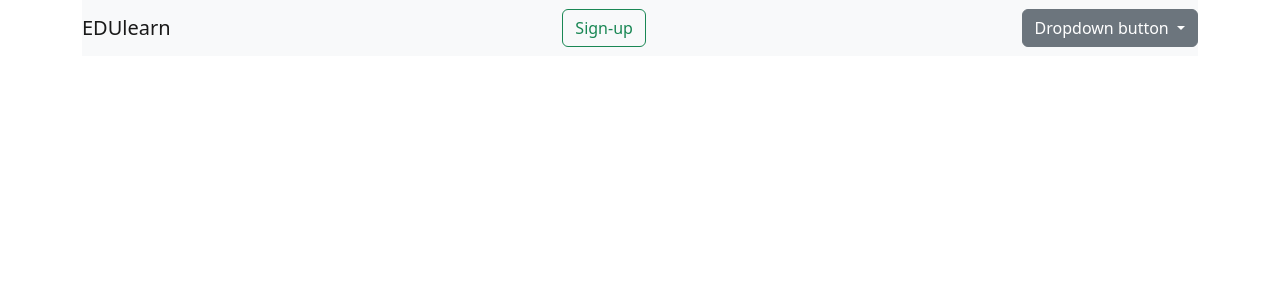
Repository: Amerendra363/Globallogic
Page: Hello/src/main/webapp/index.html
An editor plug-in stored every save of this project. The page is shown before and after the next save, followed by the edit.
The browser window is 1280 px wide. The pictures show the whole page.

Above is the page before, as saved 2022-08-03 11:16:47.

### Hello/src/main/webapp/index.html
<!DOCTYPE html>
<html lang="en">
<head>
<meta charset="UTF-8">
<meta name="viewport" content="width=device-width, initial-scale=1">

<title>EduLearn</title>
<link
	href="https://cdn.jsdelivr.net/npm/bootstrap@5.2.0/dist/css/bootstrap.min.css"
	rel="stylesheet"
	integrity="sha384-gH2yIJqKdNHPEq0n4Mqa/HGKIhSkIHeL5AyhkYV8i59U5AR6csBvApHHNl/vI1Bx"
	crossorigin="anonymous">
<script
	src="https://cdn.jsdelivr.net/npm/bootstrap@5.2.0/dist/js/bootstrap.bundle.min.js"
	integrity="sha384-A3rJD856KowSb7dwlZdYEkO39Gagi7vIsF0jrRAoQmDKKtQBHUuLZ9AsSv4jD4Xa"
	crossorigin="anonymous"></script>
<link rel="stylesheet" href="idexcss.css">
<body>
<div class="container">
<nav class="navbar navbar-light bg-light justify-content-between">
  <a class="navbar-brand">EDUlearn</a>
  <form class="form-inline">

    <button class="btn btn-outline-success my-2 my-sm-0" type="submit">Sign-up</button>
  </form>
  <div class="dropdown">
  <button class="btn btn-secondary dropdown-toggle" type="button" data-bs-toggle="dropdown" aria-expanded="false">
    Dropdown button
  </button>
  <ul class="dropdown-menu">
    <li><a class="dropdown-item" href="#">Action</a></li>
    <li><a class="dropdown-item" href="#">Another action</a></li>
    <li><a class="dropdown-item" href="#">Something else here</a></li>
  </ul>
</div>
</nav>
</div>
</body>
</head>
</html>

### Hello/src/main/webapp/idexcss.css
.container {

}
.row{
	border:8px;
}
.col{
	border:3px solid;
}

After the next save:
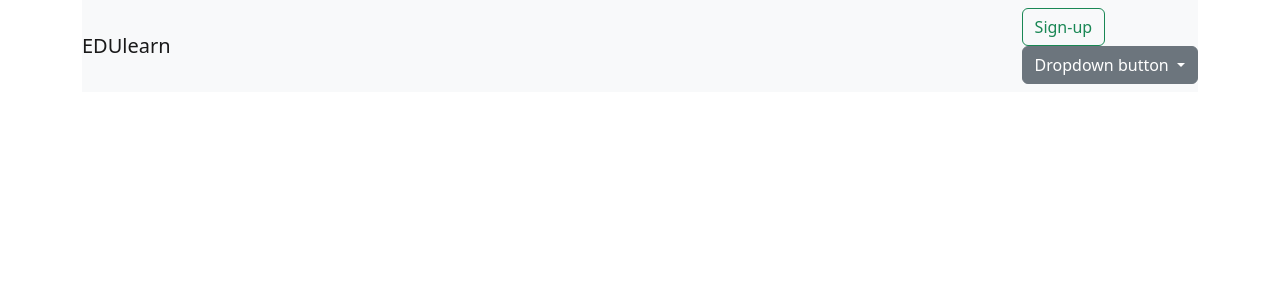
Saved 20 s later.
--- a/Hello/src/main/webapp/index.html
+++ b/Hello/src/main/webapp/index.html
@@ -22,8 +22,7 @@
   <form class="form-inline">
 
     <button class="btn btn-outline-success my-2 my-sm-0" type="submit">Sign-up</button>
-  </form>
-  <div class="dropdown">
+    <div class="dropdown">
   <button class="btn btn-secondary dropdown-toggle" type="button" data-bs-toggle="dropdown" aria-expanded="false">
     Dropdown button
   </button>
@@ -33,6 +32,8 @@
     <li><a class="dropdown-item" href="#">Something else here</a></li>
   </ul>
 </div>
+  </form>
+
 </nav>
 </div>
 </body>
